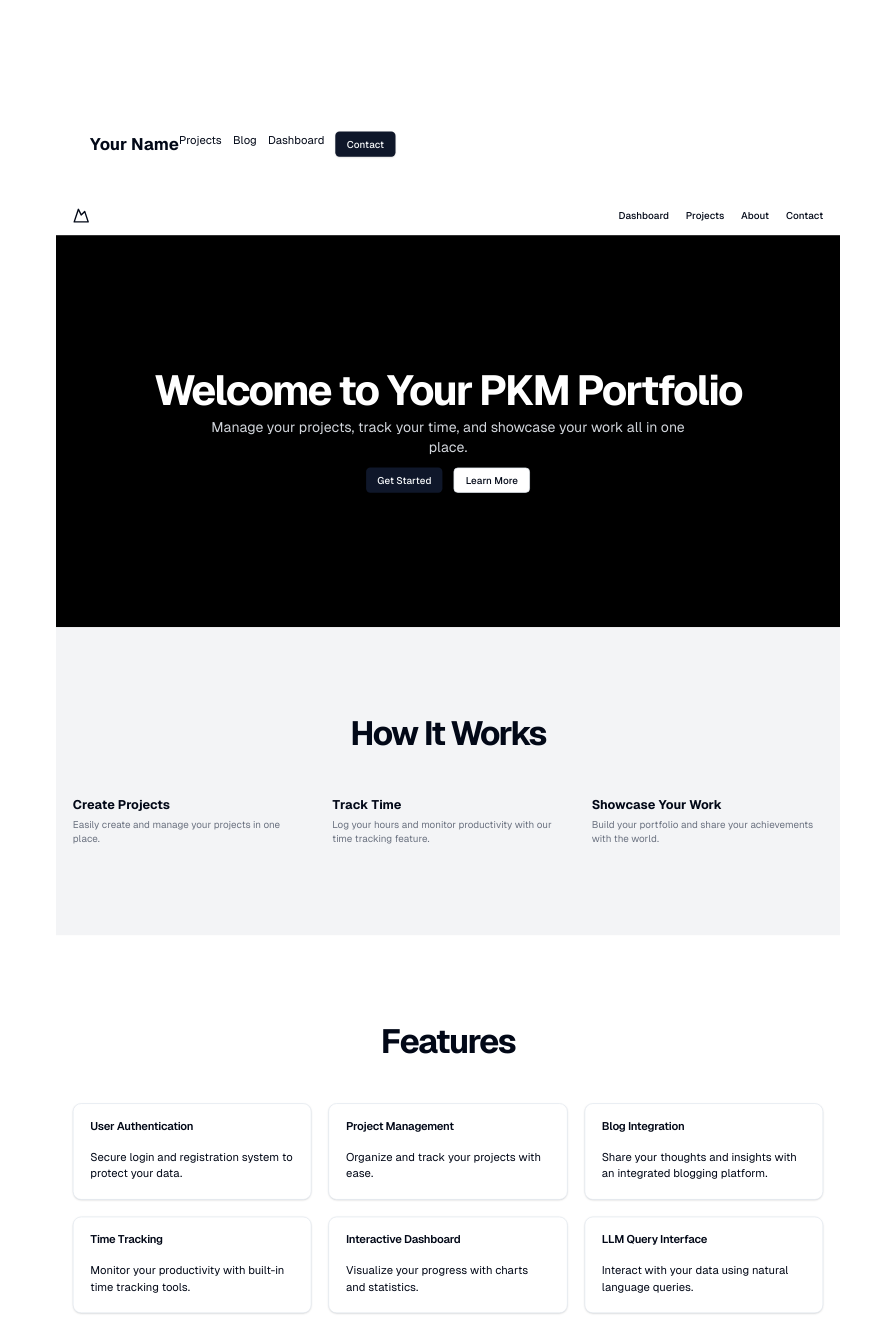
Repository: OriginalLeeDunn/pkm-portfolio
Page: /
The author's editor kept a copy of each file at every save. The page is drawn from the files as they stood at one save, then again after the next save.
The browser window is 1280 px wide. The pictures show the part of the page from y = 0 to 1920 px (the page is 3671 px tall before and 3643 px after), at 70% of full size.
The project was rebuilt for these pictures with package versions that can differ from the ones it lists, and the page was loaded fresh each time. The framework's server and built-in components were replaced by stand-ins that run in the browser. Also part of the build but not shown: next.config.mjs.

Above is the page before, as saved 2024-10-16 01:06:10.

After the next save:
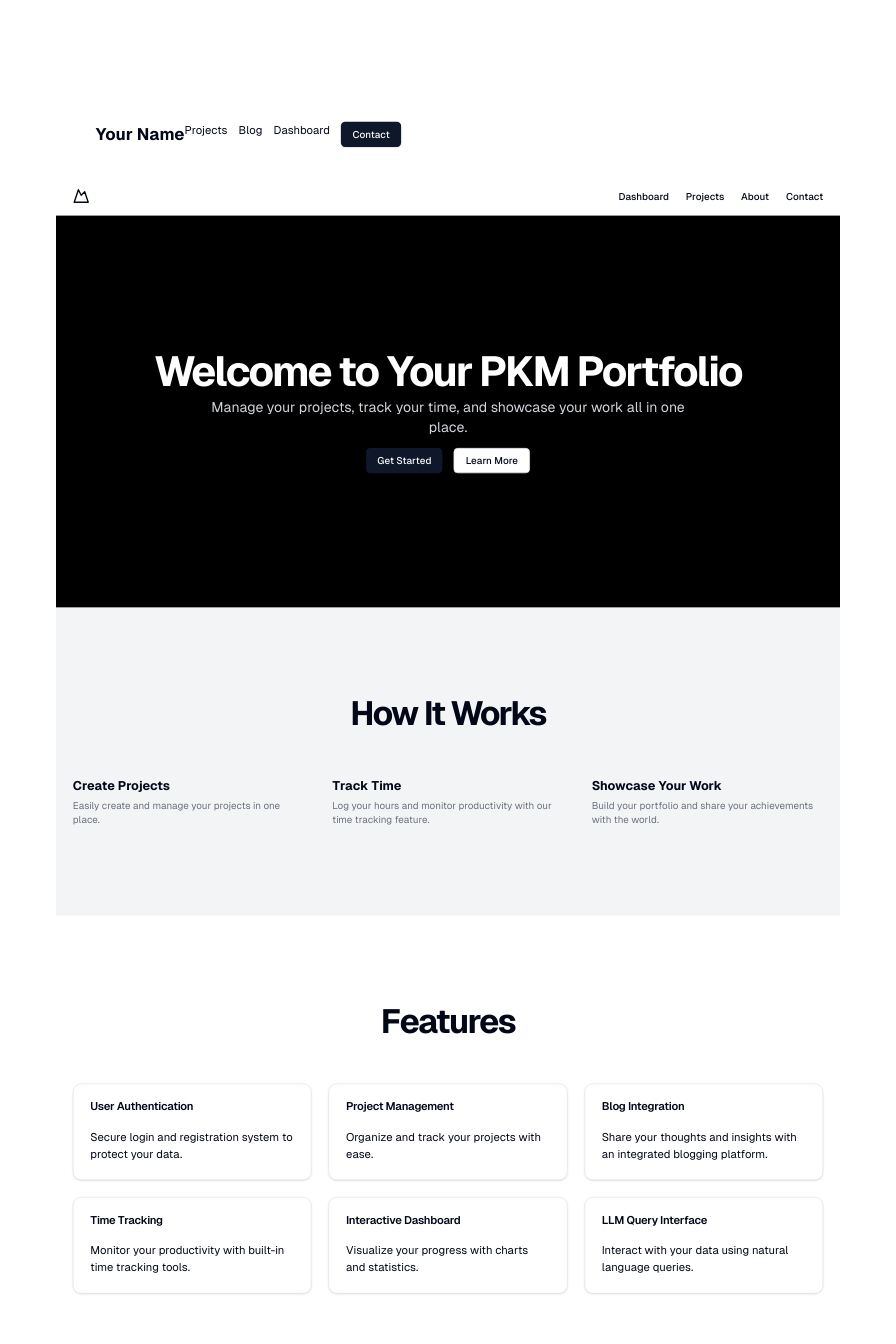
Saved 3 min 55 s later.
--- a/src/components/Header.tsx
+++ b/src/components/Header.tsx
@@ -3,7 +3,7 @@
 
 export default function Header() {
   return (
-    <header className="w-full py-6 px-4 bg-background">
+    <header className="px-4 lg:px-6 h-14 flex items-center">
       <div className="container mx-auto flex justify-between items-center">
         <Link href="/" className="text-2xl font-bold">
           Your Name

After the 2 saves that followed:
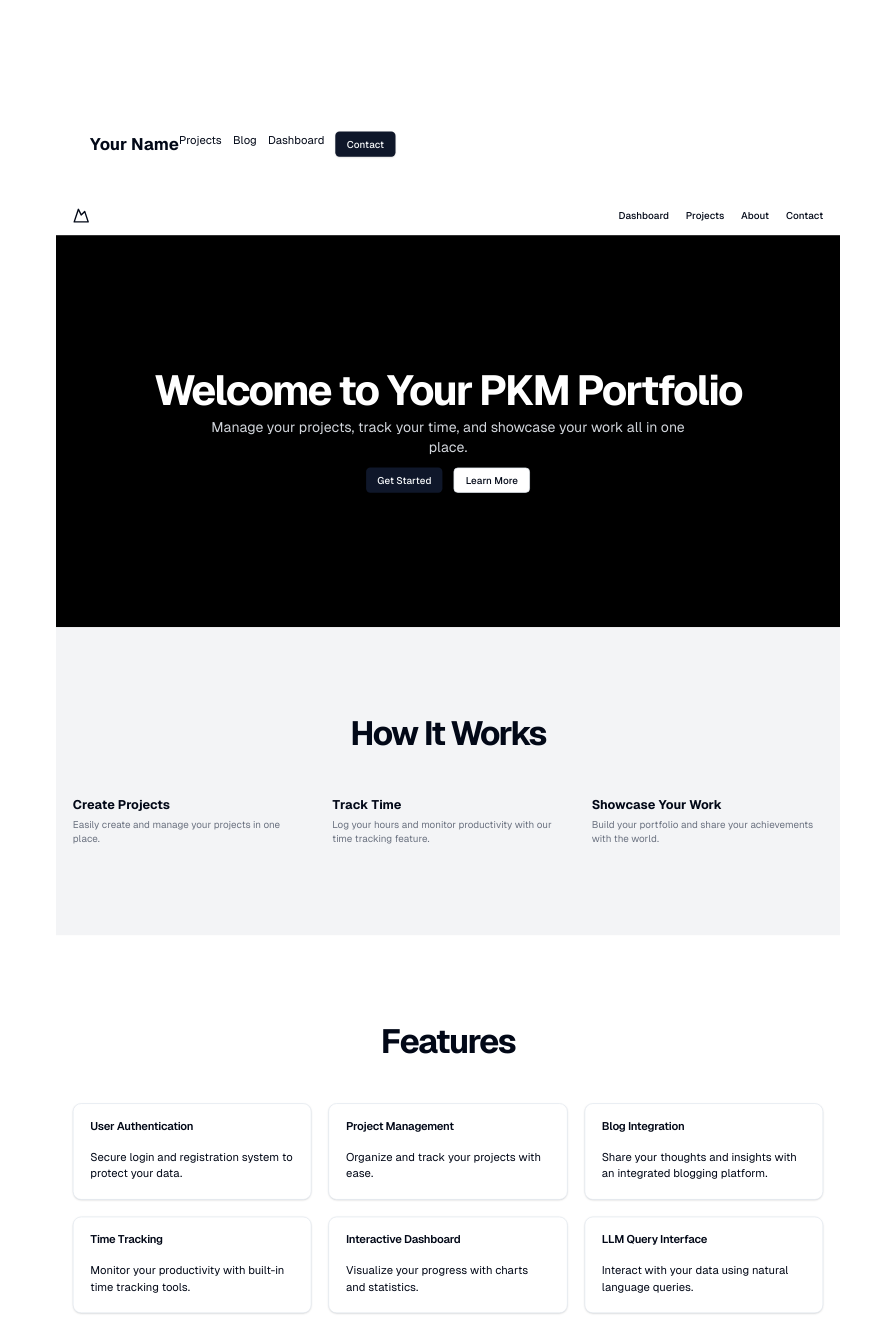
The 2 saves are shown as one change because 1 did not build or start.
The last was saved 9 s later.
--- a/src/components/Header.tsx
+++ b/src/components/Header.tsx
@@ -3,7 +3,7 @@
 
 export default function Header() {
   return (
-    <header className="px-4 lg:px-6 h-14 flex items-center">
+    <header className="w-full py-6 px-4 bg-background">
       <div className="container mx-auto flex justify-between items-center">
         <Link href="/" className="text-2xl font-bold">
           Your Name
